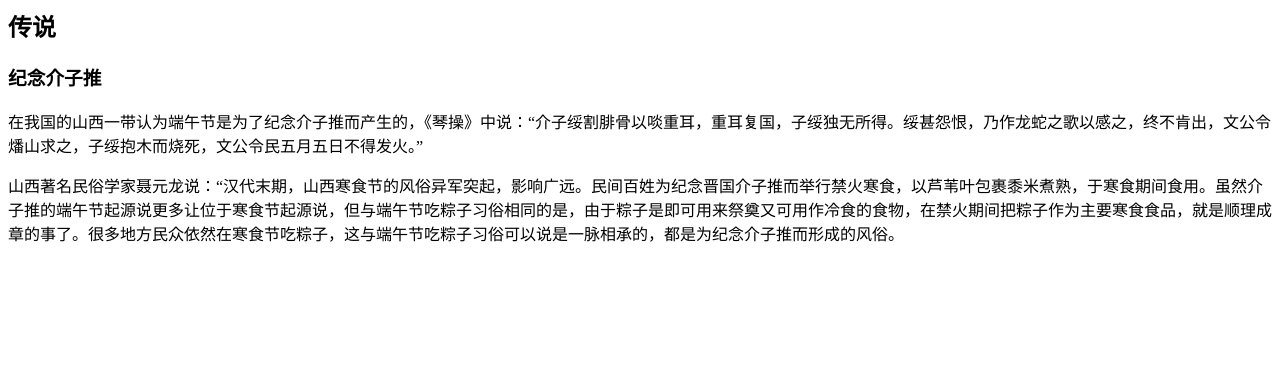
Repository: XueJie1/computer-operation-basics
Page: pages/dragonboatfes/legend.html
The author's editor kept a copy of each file at every save. The page is drawn from the files as they stood at one save, then again after the next save.
The browser window is 1280 px wide. The pictures show the whole page.

Above is the page before, as saved 2023-09-11 20:58:48.

After the next save:
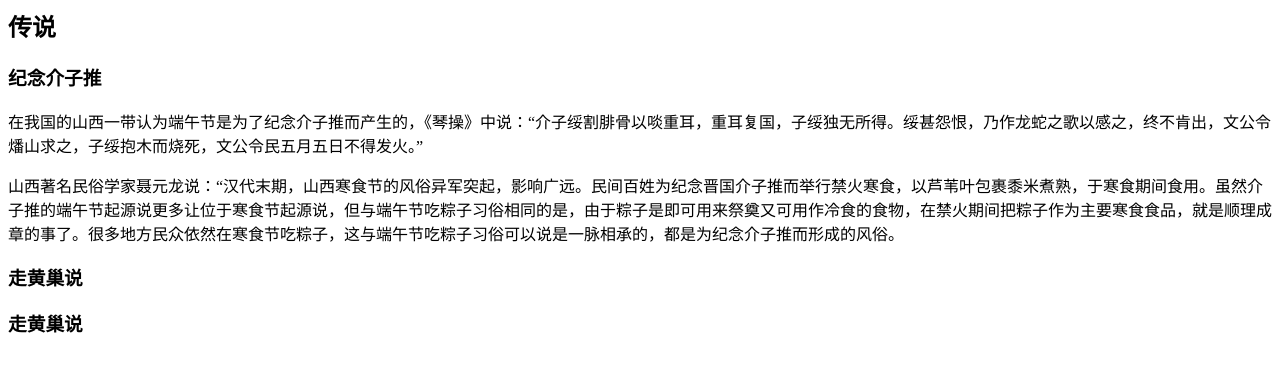
Saved 10 s later.
--- a/pages/dragonboatfes/legend.html
+++ b/pages/dragonboatfes/legend.html
@@ -3,4 +3,5 @@
 <p>在我国的山西一带认为端午节是为了纪念介子推而产生的，《琴操》中说：“介子绥割腓骨以啖重耳，重耳复国，子绥独无所得。绥甚怨恨，乃作龙蛇之歌以感之，终不肯出，文公令燔山求之，子绥抱木而烧死，文公令民五月五日不得发火。”</p>
 <p>山西著名民俗学家聂元龙说：“汉代末期，山西寒食节的风俗异军突起，影响广远。民间百姓为纪念晋国介子推而举行禁火寒食，以芦苇叶包裹黍米煮熟，于寒食期间食用。虽然介子推的端午节起源说更多让位于寒食节起源说，但与端午节吃粽子习俗相同的是，由于粽子是即可用来祭奠又可用作冷食的食物，在禁火期间把粽子作为主要寒食食品，就是顺理成章的事了。很多地方民众依然在寒食节吃粽子，这与端午节吃粽子习俗可以说是一脉相承的，都是为纪念介子推而形成的风俗。
 </p>
-<h3></h3>
+<h3>走黄巢说</h3>
+<h3>走黄巢说</h3>
